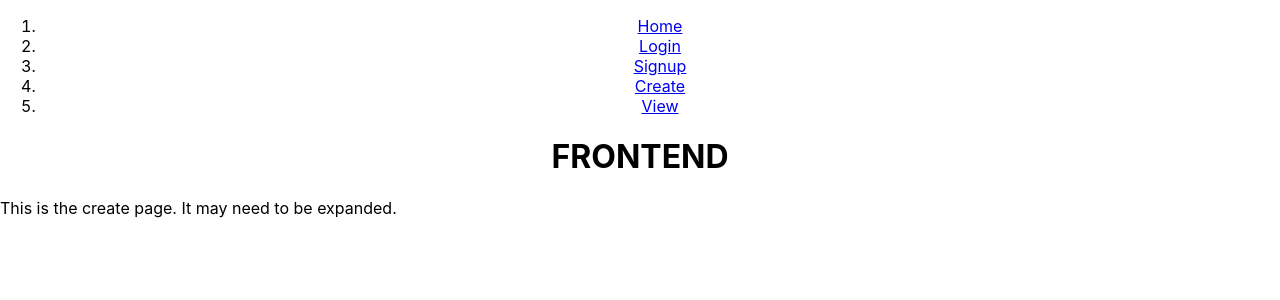
Repository: MikeTroianello/SuPro
Page: /view (app in frontend/)
The author's editor kept a copy of each file at every save. The page is drawn from the files as they stood at one save, then again after the next save.
The browser window is 1280 px wide. The pictures show the whole page.
The project was rebuilt for these pictures with package versions that can differ from the ones it lists, and the page was loaded fresh each time. A package was used in the major version that the imports need, not the one package.json lists. Also part of the build but not shown: frontend/src/components/Home.js, frontend/src/components/Login.js, frontend/src/components/Signup.js, frontend/src/components/Create.js.

Above is the page before, as saved 2019-10-03 21:12:04.

### frontend/src/App.js
import React from 'react';
import { BrowserRouter as Router, Route, Switch, Link } from 'react-router-dom';

import Home from './components/Home';
import Login from './components/Login';
import Signup from './components/Signup';
import Create from './components/Create';
import View from './components/View';
import Navbar from './components/Navbar';

import './App.css';

function App() {
  return (
    <Router>
      <div className='App'>
        <Navbar />
        <h1>FRONTEND</h1>
      </div>
      <Switch>
        <Route exact path='/' component={Home} />
        <Route exact path='/signup' component={Signup} />
        <Route exact path='/login' component={Login} />
        <Route exact path='/create' component={Create} />
        <Route exact path='/view' component={View} />
      </Switch>
    </Router>
  );
}

export default App;

### frontend/src/components/View.js
import React, { Component } from 'react';

export default function View() {
  return <div>This is the create page. It may need to be expanded.</div>;
}

### frontend/src/components/Navbar.js
import React from 'react';
import { Link } from 'react-router-dom';

export default function Navbar() {
  return (
    <div>
      <ol>
        <li>
          <Link to='/'>Home</Link>
        </li>
        <li>
          <Link to='/login'>Login</Link>
        </li>
        <li>
          <Link to='/signup'>Signup</Link>
        </li>
        <li>
          <Link to='/create'>Create</Link>
        </li>
        <li>
          <Link to='/view'>View</Link>
        </li>
      </ol>
    </div>
  );
}

Loaded but not shown: frontend/public/index.html (common file); frontend/src/index.js (common file); frontend/src/index.css (common file); frontend/src/serviceWorker.js (common file); frontend/src/App.css (common file)

After the next save:
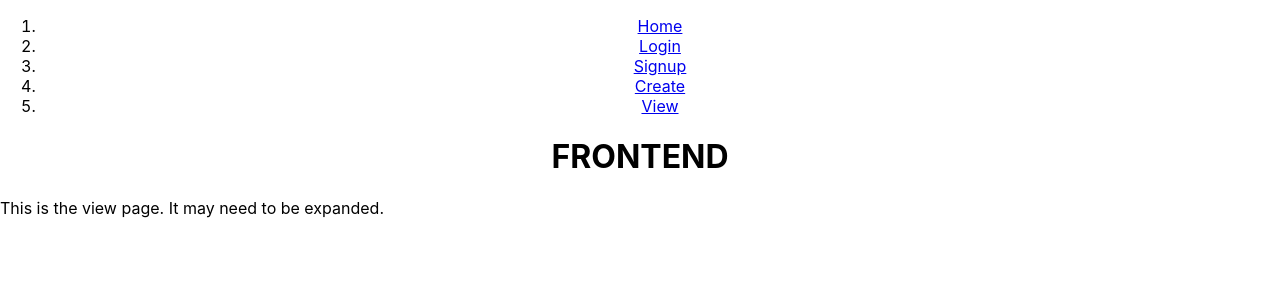
Saved 31 s later.
--- a/frontend/src/components/View.js
+++ b/frontend/src/components/View.js
@@ -1,5 +1,5 @@
 import React, { Component } from 'react';
 
 export default function View() {
-  return <div>This is the create page. It may need to be expanded.</div>;
+  return <div>This is the view page. It may need to be expanded.</div>;
 }
